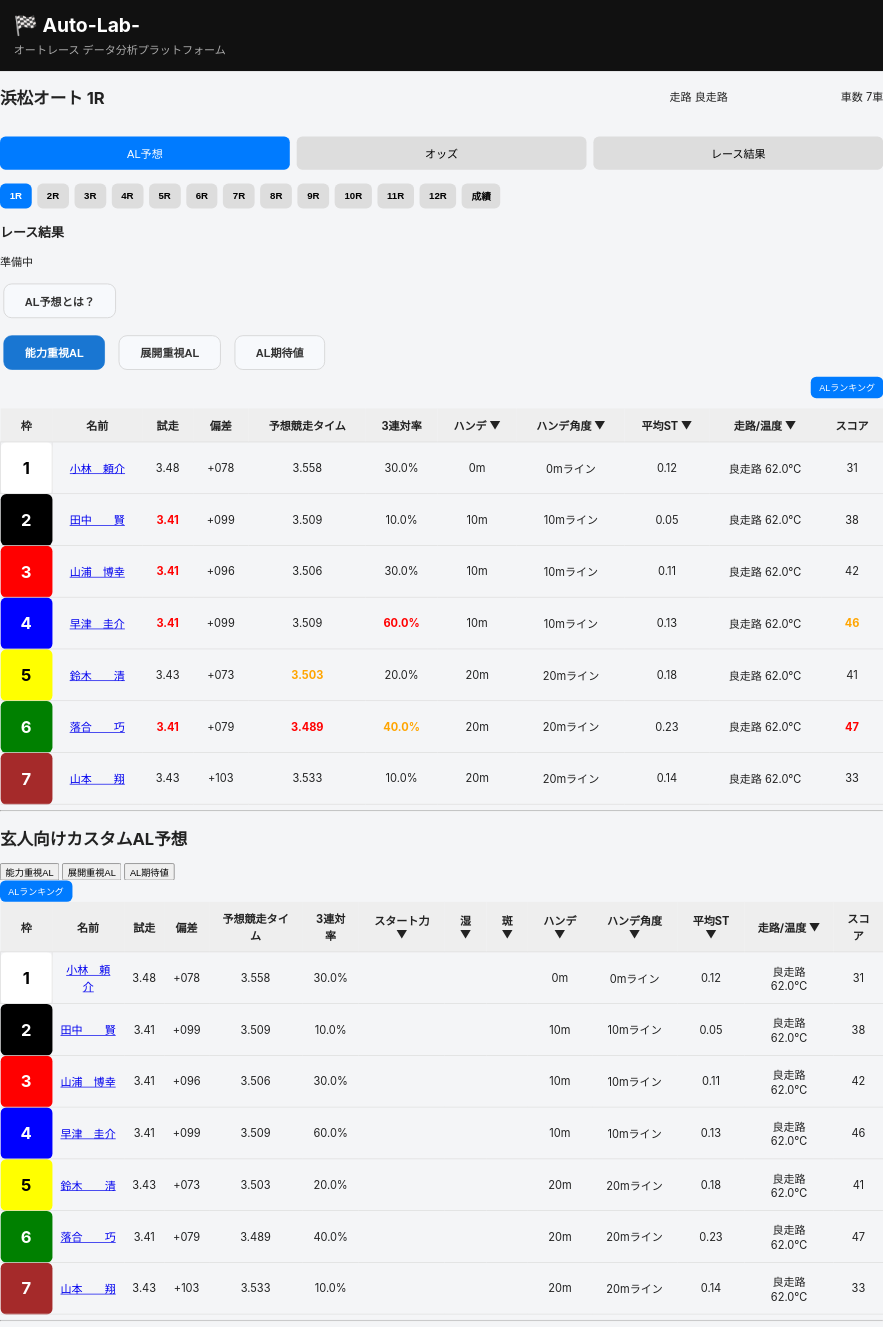
Repository: autorace-lab/Auto-Lab--main
Page: race.html
These files come from the project's save history. The page is drawn as it stood at one moment and after the next save; the edit follows.
The browser window is 1280 px wide. The pictures show the whole page, at 69% of full size.

Above is the page before, as saved 2026-08-10 21:33:26.

After the next save:
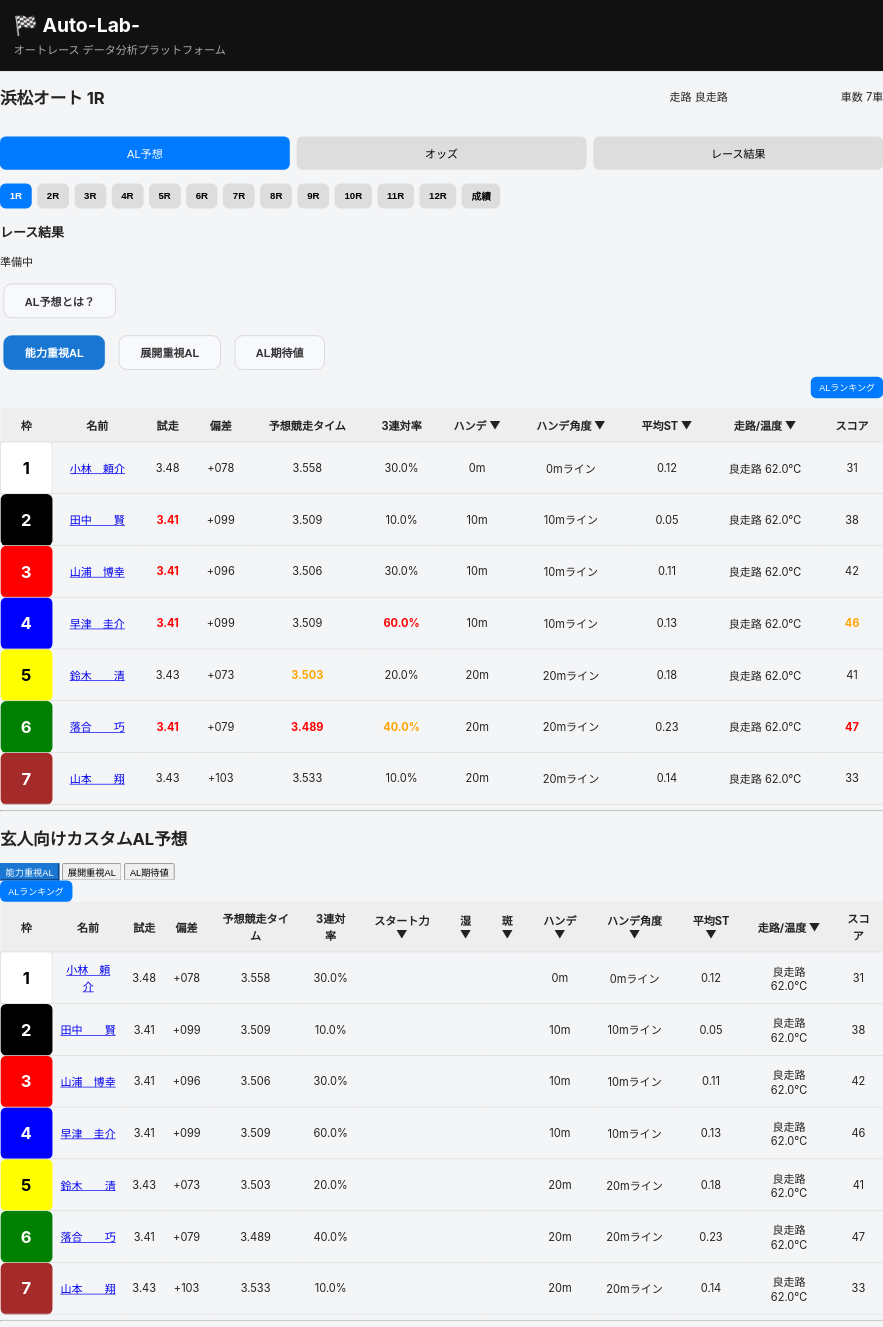
Saved 22 min 10 s later.
--- a/style.css
+++ b/style.css
@@ -403,6 +403,12 @@ cursor:pointer;
     border-color: #1976d2;
 }
 
+.custom-al-tab-btn.active {
+    background: rgb(25, 118, 210);
+    color: white;
+    border-color: rgb(25, 118, 210);
+}
+
 .al-page {
     margin-top: 5px;
 }
